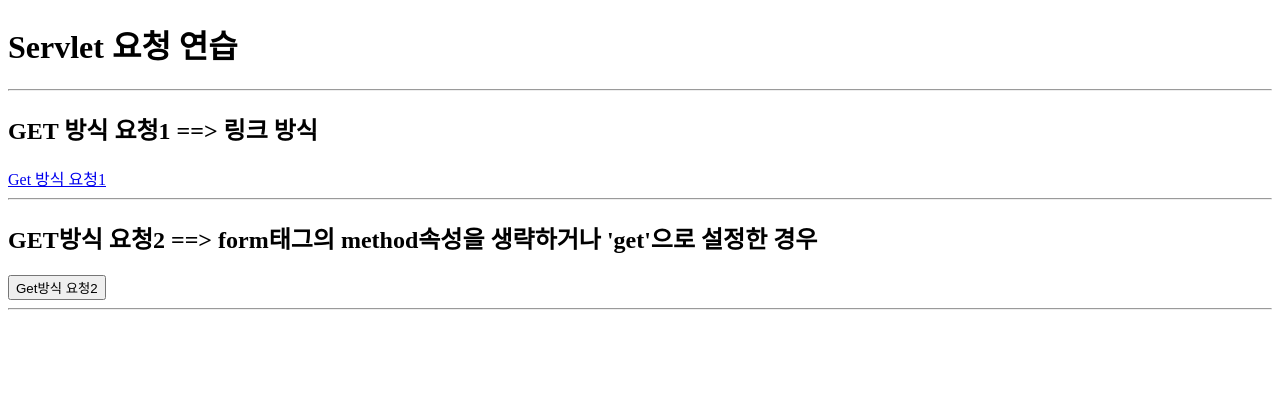
Repository: larlarru/HighJava_study2
Page: servletTest/WebContent/01/doBasicServlet.html
An editor plug-in stored every save of this project. The page is shown before and after the next save, followed by the edit.
The browser window is 1280 px wide. The pictures show the whole page.

Above is the page before, as saved 2020-11-25 07:47:34.

After the next save:
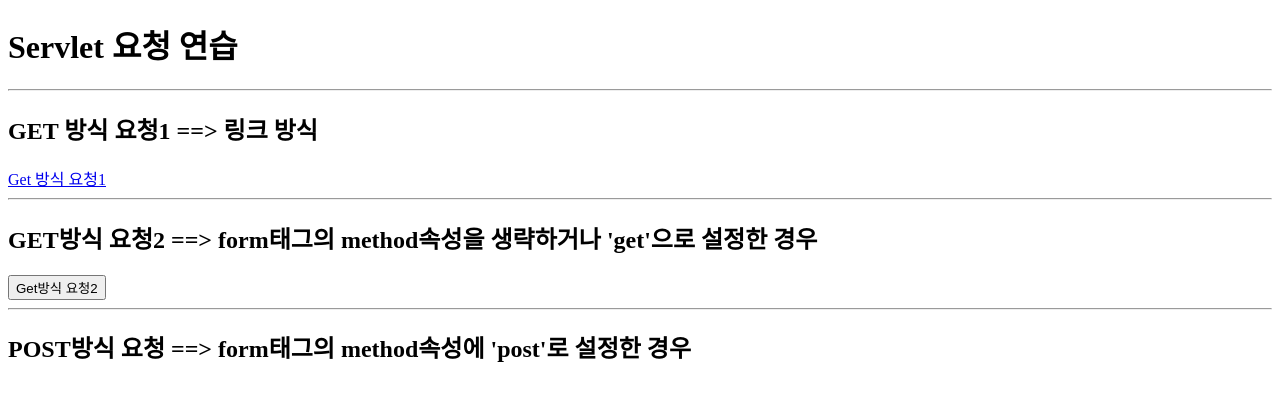
Saved 21 s later.
--- a/servletTest/WebContent/01/doBasicServlet.html
+++ b/servletTest/WebContent/01/doBasicServlet.html
@@ -19,7 +19,7 @@
 	</form>
 	<hr>
 
-	<h2></h2>
+	<h2>POST방식 요청 ==> form태그의 method속성에 'post'로 설정한 경우</h2>
 
 </body>
 </html>
